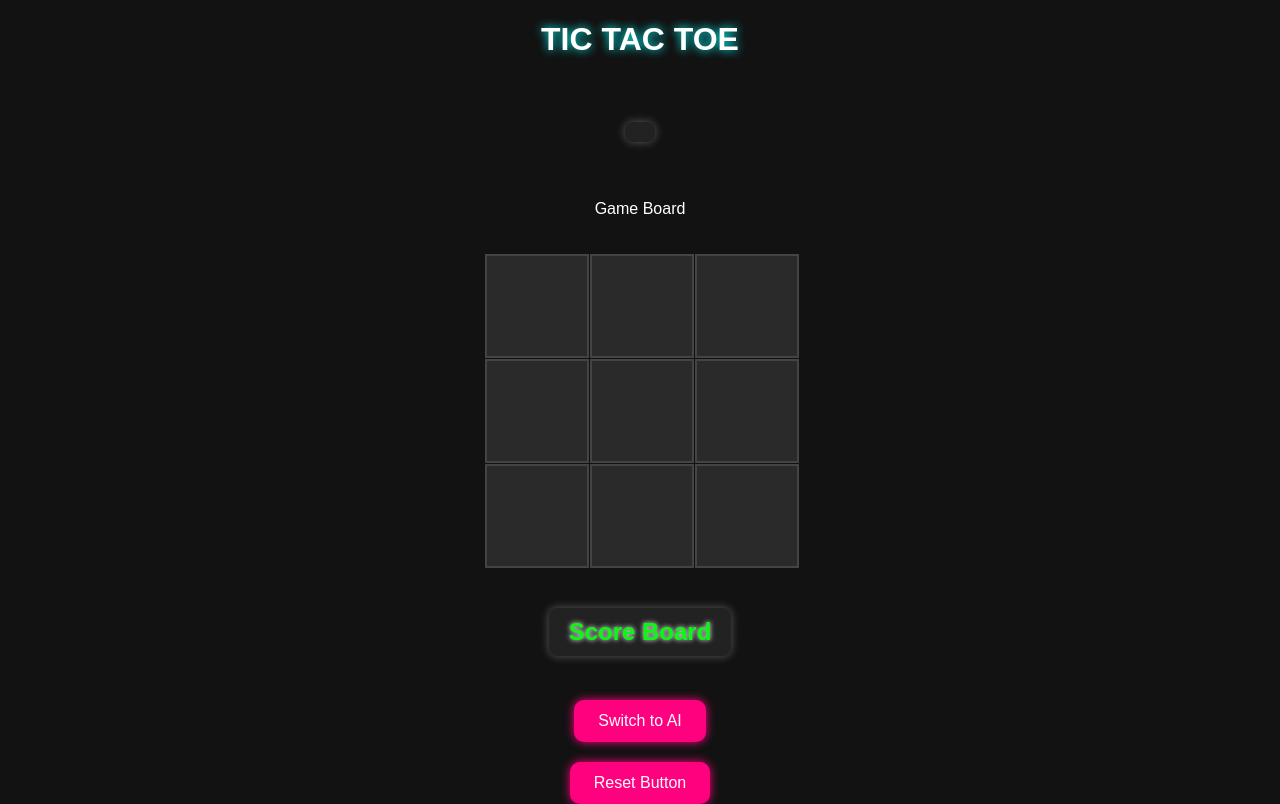
Repository: Yash19075/TicTacToe-game
Page: TicTacToe.html
An editor plug-in stored every save of this project. The page is shown before and after the next save, followed by the edit.
The browser window is 1280 px wide. The pictures show the whole page.

Above is the page before, as saved 2025-03-09 11:16:12.

### TicTacToe.html
<!DOCTYPE html>
<html lang="en">
<head>
    <meta charset="UTF-8">
    <meta name="viewport" content="width=device-width, initial-scale=1.0">
    <title>TicTacToe</title>
    <link rel="stylesheet" href="TicTacToe.css">
</head>
<body>
    <h1>TIC TAC TOE</h1>

    <p class="player-turn"></p>

    <p>Game Board</p>
    <div class="css-board">
        <div class="cell" onclick="handleClick(0)"></div>
        <div class="cell" onclick="handleClick(1)"></div>
        <div class="cell" onclick="handleClick(2)"></div>
        <div class="cell" onclick="handleClick(3)"></div>
        <div class="cell" onclick="handleClick(4)"></div>
        <div class="cell" onclick="handleClick(5)"></div>
        <div class="cell" onclick="handleClick(6)"></div>
        <div class="cell" onclick="handleClick(7)"></div>
        <div class="cell" onclick="handleClick(8)"></div>
    </div>
    <p class="score-board">Score Board</p>
    <button class="css-switchButton">Switch to AI</button>
    <button class="css-resetButton" onclick="button_reset()">Reset Button</button>

    <script src="TicTacToe.js"></script>
</body>
</html>

### TicTacToe.css
body {
    display: flex;
    justify-content: center;
    align-items: center;
    flex-direction: column;
    /* height: 100vh; */
    margin: 0;
    gap: 20px;
    background-color: #121212;
    color: white;
    font-family: Arial, sans-serif;
}

h1 {
    font-size: 32px;
    text-shadow: 0 0 10px #00ffff;
}


.css-board {
    display: grid;
    grid-template-columns: repeat(3, 100px);
    grid-template-rows: repeat(3, 100px);
    gap: 5px;
}

/* Game Board Cells */
.css-board div {
    display: flex;
    justify-content: center;
    align-items: center;
    border: 2px solid #444;
    background-color: #2a2a2a;
    color: #00ffff; /* Neon cyan */
    font-size: 36px;
    font-weight: bold;
    width: 100px;
    height: 100px;
    text-shadow: 0 0 10px #00ffff;
    transition: background-color 0.3s ease-in-out, box-shadow 0.3s;
}

/* Hover effect on empty cells */
.css-board div:hover {
    background-color: #333;
    box-shadow: 0 0 10px #00ffff;
    cursor: pointer;
}

/* Buttons */
.css-switchButton, .css-resetButton {
    padding: 12px 24px;
    border-radius: 10px;
    cursor: pointer;
    font-size: 16px;
    border: none;
    background-color: #ff007f; /* Neon pink */
    color: white;
    box-shadow: 0 0 10px #ff007f;
    transition: transform 0.2s ease-in-out, background-color 0.3s, box-shadow 0.3s;
}

.css-switchButton:hover, .css-resetButton:hover {
    background-color: #ff00ff; /* Brighter glow */
    box-shadow: 0 0 15px #ff00ff;
    transform: scale(1.1);
}

.score-board {
    font-size: 24px;
    font-weight: bold;
    padding: 10px 20px;
    border-radius: 8px;
    background-color: #222; /* Dark background */
    color: rgb(6, 251, 14);
    text-shadow: 0 0 5px #ffffff;
    box-shadow: 0 0 10px rgba(255, 255, 255, 0.3);
    transition: background-color 0.3s ease-in-out, box-shadow 0.3s ease-in-out;
}

.player-turn {
    font-size: 22px;
    font-weight: bold;
    padding: 10px 15px;
    border-radius: 8px;
    background-color: #222; /* Dark background */
    color: white;
    text-shadow: 0 0 5px #ffffff;
    box-shadow: 0 0 10px rgba(255, 255, 255, 0.3);
    transition: background-color 0.3s ease-in-out, box-shadow 0.3s ease-in-out, color 0.3s;
}

### TicTacToe.js
let board = ["","","","","","","","",""];
move = 'X';
const cells = document.querySelectorAll(".css-board div");
console.log(cells)

let cellCount = 0;
let winningPattern = [
    [0,1,2],
    [3,4,5],
    [6,7,8],
    [0,3,6],
    [1,4,7],
    [2,5,8],
    [0,4,8],
    [2,4,6]
]

// for (let i = 0; i < cells.length; i++) {
//     cells[i].onclick = function () {
//         handleClick(i);
//     };
// }

function winner() {
    for (let pattern of winningPattern)
    {
        let pos0 = cells[pattern[0]].innerText;
        let pos1 = cells[pattern[1]].innerText;
        let pos2 = cells[pattern[2]].innerText;
        // console.log(pos0,pos1,pos2);
        if(pos0 != "" && pos1!= "" && pos2 != "")
        {
            if(pos0 === pos1 && pos1 === pos2)
            {
                // console.log("Winner");
                document.querySelector(".score-board").innerText = `${pos0}'s Win`;
                for (let cell of cells) {
                    cell.onclick = null;
                    cell.classList.add("disabled");
                }
            return pos0;
            }
        }
        if(cellCount == 9)
        {
            document.querySelector(".score-board").innerText = `Its a draw`;
        }
    }
}



function handleClick(index) {
 if(move === 'X')
    {
        document.querySelector(".player-turn").innerHTML = `Player 0's turn`;
    }
    else
    {
        document.querySelector(".player-turn").innerHTML = `Player X's turn`
    }
    if (cells[index].innerHTML === '') {
        cells[index].innerHTML = move;
        move = move === 'X' ? 'O' : 'X';
        cells[index].onclick = null;
        cellCount++;
        console.log(cellCount);
    }
    winner();
}

function button_reset() {
    for(let i = 0; i <cells.length; i++)
    {
        cells[i].innerHTML = '';
        board[i] = '';
        document.querySelector(".score-board").innerText = 'ScoreBoard';
        cells[i].onclick = function() { handleClick(i); };
        document.querySelector(".player-turn").innerHTML = `Player X's turn`;
        cellCount = 0;
    }
    move = 'X'
}

After the next save:
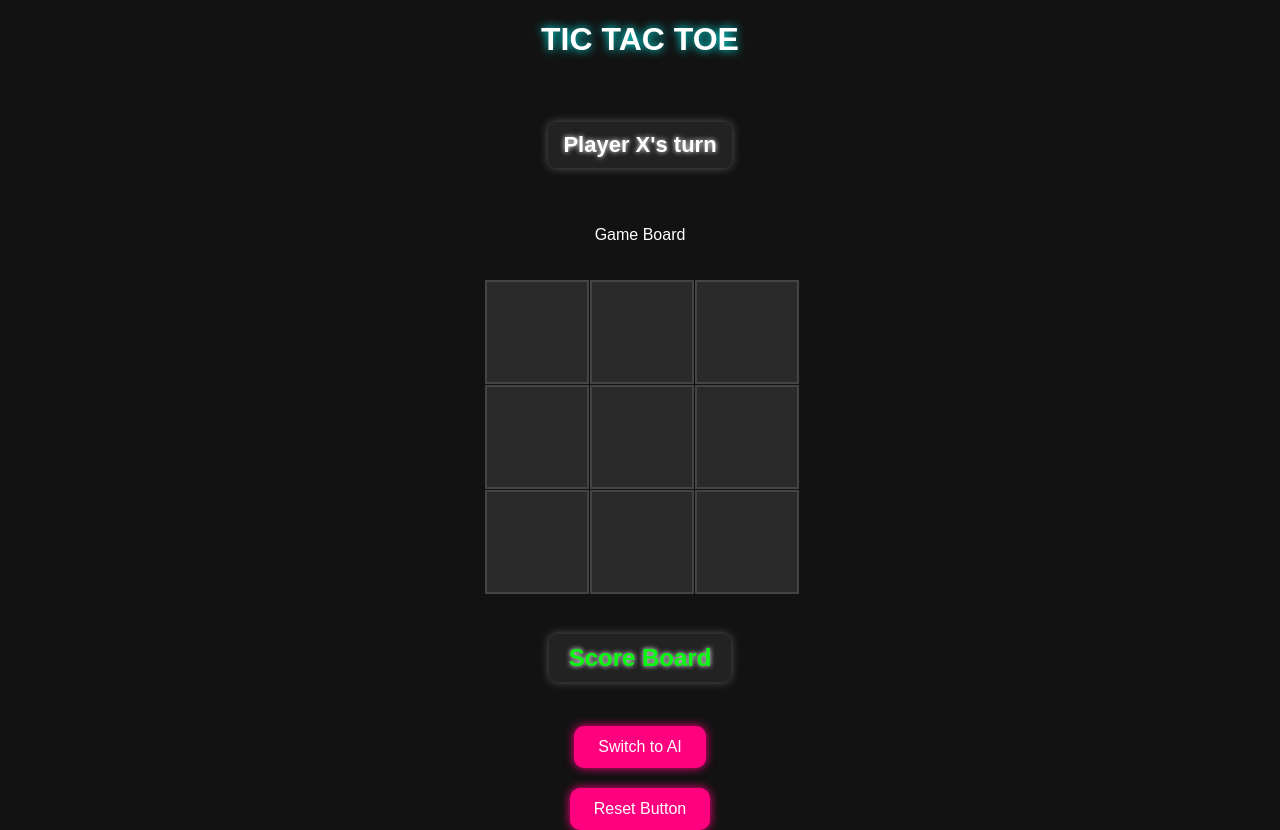
Saved 24 s later.
--- a/TicTacToe.html
+++ b/TicTacToe.html
@@ -9,7 +9,7 @@
 <body>
     <h1>TIC TAC TOE</h1>
 
-    <p class="player-turn"></p>
+    <p class="player-turn">Player X's turn</p>
 
     <p>Game Board</p>
     <div class="css-board">
